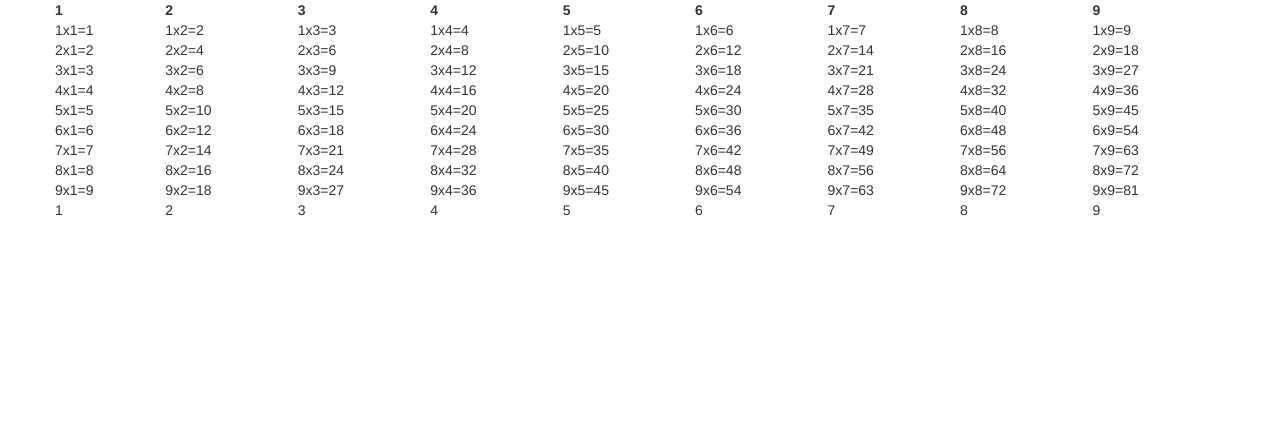
Repository: SongSooJin/JSP
Page: http://localhost/5-jsp-basic/example5/gugudan2.jsp
These files come from the project's save history. The page is drawn as it stood at one moment and after the next save; the edit follows.
The browser window is 1280 px wide. The pictures show the whole page.
The page is served by Tomcat 9. Other server files are loaded and not shown.

Above is the page before, as saved 2018-10-08 05:56:30.

### 5-jsp-basic/WebContent/example5/gugudan2.jsp
<%@ page language="java" contentType="text/html; charset=UTF-8"
	pageEncoding="UTF-8"%>
<!DOCTYPE html>
<html>
<head>
<meta charset="UTF-8">
<title>Insert title here</title>
<meta name="viewport" content="width=device-width, initial-scale=1">
  <link rel="stylesheet" href="https://maxcdn.bootstrapcdn.com/bootstrap/3.3.7/css/bootstrap.min.css">
  <script src="https://ajax.googleapis.com/ajax/libs/jquery/3.3.1/jquery.min.js"></script>
  <script src="https://maxcdn.bootstrapcdn.com/bootstrap/3.3.7/js/bootstrap.min.js"></script>

</head>
<body>

	<table class="container">
		<thead>
			<tr>
				<%
					for (int i = 1; i <= 9; i++) {
						out.print("<th>" + i + "</th>");
					}
				%>
			</tr>
		</thead>

		<tbody>
			<%
				for (int i = 1; i <= 9; i++) { // 행
					out.print("<tr>");
					for (int j = 1; j <= 9; j++) { // 열
						out.print("<td>");
						out.print(i + "x" + j + "=" + (i * j));
						out.print("</td>");
					}

					out.print("</tr>");
				}
			%>
			<tr>
				<td>1</td>
				<td>2</td>
				<td>3</td>
				<td>4</td>
				<td>5</td>
				<td>6</td>
				<td>7</td>
				<td>8</td>
				<td>9</td>
			</tr>
		</tbody>
	</table>

</body>
</html>

After the next save:
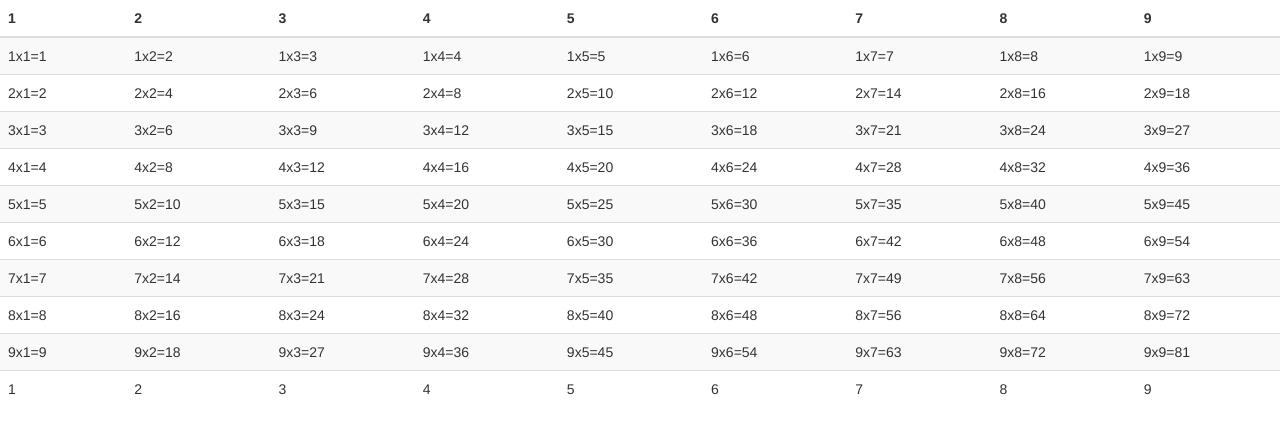
Saved 7 s later.
--- a/5-jsp-basic/WebContent/example5/gugudan2.jsp
+++ b/5-jsp-basic/WebContent/example5/gugudan2.jsp
@@ -13,7 +13,7 @@
 </head>
 <body>
 
-	<table class="container">
+	<table class="table table-striped">
 		<thead>
 			<tr>
 				<%
